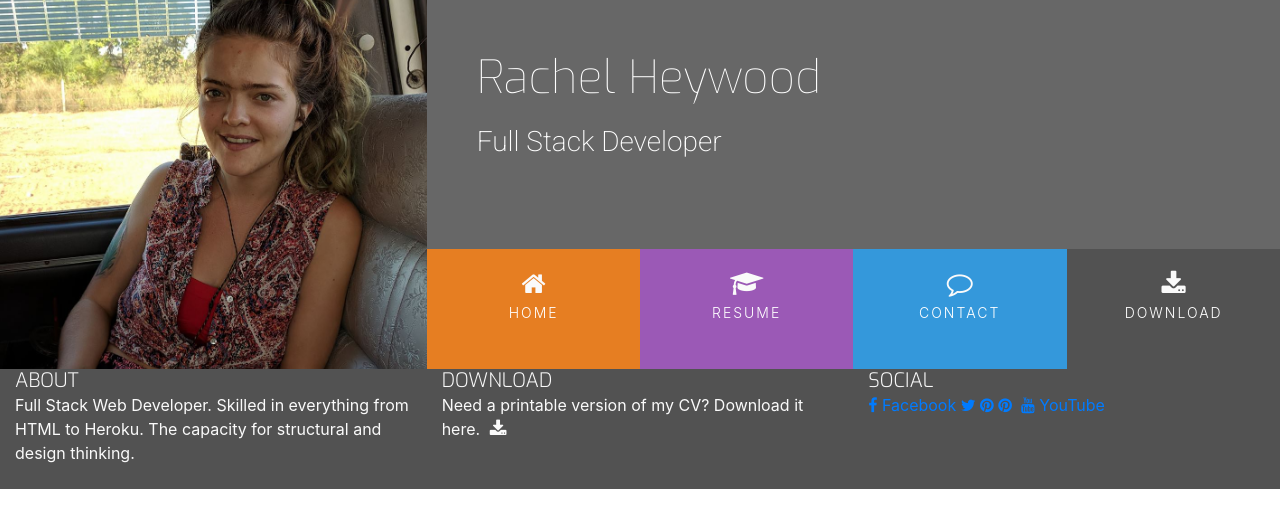
Repository: Heywood93/resume
Page: index.html
The author's editor kept a record of every edit. The page is drawn from the files as they stood at one moment, then again after the next edit.
The browser window is 1280 px wide. The pictures show the whole page.

Above is the page before.

### index.html
<!DOCTYPE html>
<html lang="en">
<head>
    <meta charset="UTF-8">
    <meta name="viewport" content="width=device-width, initial-scale=1.0">
    <meta http-equiv="X-UA-Compatible" content="ie=edge">
    <link rel="stylesheet" href="https://stackpath.bootstrapcdn.com/bootstrap/4.3.1/css/bootstrap.min.css" type="text/css" />
    <link rel="stylesheet" href="https://stackpath.bootstrapcdn.com/font-awesome/4.7.0/css/font-awesome.min.css" type="text/css" />
    <link rel="stylesheet" href="https://cdnjs.cloudflare.com/ajax/libs/hover.css/2.3.1/css/hover-min.css" type="text/css" />
    <link rel="stylesheet" href="assets/css/style.css" type="text/css" />
    <title>Rachel Heywood</title>
</head>
<body>
    <header>
        <div class="row no-gutters">
            <a href="index.html" class="col-md-4 logo">

            </a>
            <div class="col-md-8">
                <div class="row no-gutters bg-color-name-title">
                    <div class="col heading">
                        <h1 class="name">Rachel Heywood</h1>
                        <h2 class="title">Full Stack Developer</h2>
                    </div>
                </div>
                <div class="row no-gutters">
                    <div class="col">
                        <ul id="nav" class="list-inline menucontainer">
                            <li class="col-6 col-sm-3 ui-menu-color-home list-inline-item menuitem">
                                <a href="#" class="hvr-sweep-to-bottom"><i class="fa fa-home" aria-hidden="true"></i><span>Home</span></a>
                            </li>
                            <li class="col-6 col-sm-3 ui-menu-color-resume list-inline-item menuitem">
                                <a href="#" class="hvr-sweep-to-bottom"><i class="fa fa-graduation-cap" aria-hidden="true"></i><span>Resume</span></a>
                            </li>
                            <li class="col-6 col-sm-3 ui-menu-color-contact list-inline-item menuitem">
                                <a href="#" class="hvr-sweep-to-bottom"><i class="fa fa-comment-o" aria-hidden="true"></i><span>Contact</span></a>
                            </li>
                            <li class="col-6 col-sm-3 ui-menu-color-download list-inline-item menuitem">
                                <a href="#" class="hvr-sweep-to-bottom"><i class="fa fa-download" aria-hidden="true"></i><span>Download</span></a>
                            </li>
                        </ul>
                    </div>
                </div>
            </div>
        </div>

    </header>
    <section>

    </section>
    <footer class="container-fluid">
        <div class="row">
            <div class="col-sm-4">
                <h5 class="uppercase general-sub">About</h5>
                <p class="inline-block">
                    Full Stack Web Developer. Skilled in everything from HTML to Heroku.
                    The capacity for structural and design thinking.
                </p>
            </div>
            <div class="col-sm-4">
                <h5 class="uppercase general-sub">Download</h5>
                <p class="inline-block">
                    Need a printable version of my CV? Download it here.
                    <a href="#" target="_blank" class="cv-pdf">
                        <i class="fa fa-download" aria-hidden="true"></i>
                        <span class="sr-only">Download link.</span>
                    </a>
                </p>
            </div>
            <div class="col-sm-4">
                <h5 class="uppercase general-sub">Social</h5>
                <ul class="list-inline social-links">
                    <li class="list-inline-item">
                        <a target="_blank" href="#">
                            <i class="fa fa-facebook" aria-hidden="true"></i>
                            <span class="sr-only"></span><span>Facebook</span>
                        </a>
                    </li>
                    <li class="list-inline-item">
                        <a target="_blank" href="#">
                            <i class="fa fa-twitter" aria-hidden="true"></i>
                            <span class="sr-only">Twitter</span>
                        </a>
                    </li>
                    <li class="list-inline-item">
                        <a target="_blank" href="#">
                            <i class="fa fa-pinterest" aria-hidden="true"></i>
                            <span class="sr-only">LinkedIn</span>
                        </a>
                    </li>
                    <li class="list-inline-item">
                        <a target="_blank" href="#">
                            <i class="fa fa-pinterest" aria-hidden="true"></i>
                            <span class="sr-only">Pinterest</span>
                        </a>
                    </li>
                    <li class="list-inline-item">
                        <a target="_blank" href="#">
                            <i class="fa fa-instergram" aria-hidden="true"></i>
                            <span class="sr-only">Instergram</span>
                        </a>
                    </li>
                    <li class="list-inline-item">
                        <a target="_blank" href="#">
                            <i class="fa fa-youtube" aria-hidden="true"></i>
                            <span class="sr-only"></span><span>YouTube</span>
                        </a>
                    </li>
                </ul>
            </div>
        </div>
    </footer>
</body>
</html>

### assets/css/style.css
@import url('https://fonts.googleapis.com/css?family=Roboto:100,200,300,400,500,600,700|Exo:100,200,300,400,500,600,700');

/*----------Colors */

.bg-color-name-title {
    background-color: #676767;
}

.ui-menu-color-home {
    background-color: #e67e22
}

.ui-menu-color-resume {
    background-color: #9b59b6
}

.ui-menu-color-contact {
    background-color: #3498db
}

.ui-menu-color-download {
    background-color: #525252
}

/*----------Special paddings/margins/text */

h1,
h2,
h3,
h4,
h5 {
    margin: 0;
}

.uppercase {
    text-transform: uppercase;
}

.general-sub {
    font-family: "Exo", sans-serif;
    font-weight: 300;
    color: #fafafa;
}

.inline-block {
    display: inline-block;
}

/*----------Heading */

header {
    margin: 0;
}

.heading {
    margin-left: 50px;
}

.logo {
    background: url(../images/profile-picture.jpg);
    background-position: center;
    background-repeat: no-repeat;
    background-size: cover;
    min-height: 360px;
    transition: all .5s ease-in-out;
    -moz-transition: all .5s ease-in-out;
    -webkit-transition: all .5s ease-in-out;
}

.name {
    font-family: "Exo", sans-serif;
    font-weight: 100;
    font-size: 46px;
    margin-top: 50px;
    color: #fff;
}

.title {
    font-family: "Roboto", sans-serif;
    font-weight: 200;
    font-size: 28px;
    margin-top: 20px;
    margin-bottom: 90px;
    color: #fff;
}

.list-inline-item:not(:last-child) {
    margin: 0;
}

.menucontainer {
    font-size: 0;
}

#nav {
    margin: 0;
}

#nav li {
    font-size: 14px;
    padding: 0;
}

.menuitem {
    height: 120px;
    text-align: center;
    padding: 0;
}

.menuitem a {
    width: 100%;
    text-decoration: none;
    color: #fff;
    height: 120px;
}

.menuitem a i {
    padding-top: 22px;
    display: block;
    color: #fafafa;
    font-size: 26px;
}

.menuitem span {
    display: block;
    width: 100%;
    padding-top: 5px;
    text-align: center;
    text-transform: uppercase;
    font-size: 14px;
    font-weight: 300;
    letter-spacing: 2px;
}

/*----------Hover.css */

.hvr-sweep-to-bottom:before {
    background: rgba(0, 0, 0, 0.2);
    height: 120px;
}

/*----------Footer */

footer {
    background-color: #525252;
    color: #fafafa;
    min-height: 120px;
    margin: 0;
}

.cv-pdf i {
    font-size: 18px;
    color: #fafafa;
    text-align: center;
    padding-left: 5px;
    transition: all 0.35s ease-in-out;
    -moz-transition: all 0.35s ease-in-out;
    -webkit-transition: all 0.35s ease-in-out;
    -o-transition: all 0.35s ease-in-out;
}

.cv.pdf i:hover {
    color: #e84610;
}

.socail-links {
    padding-bottom: 15px;
}

.

After the next edit:
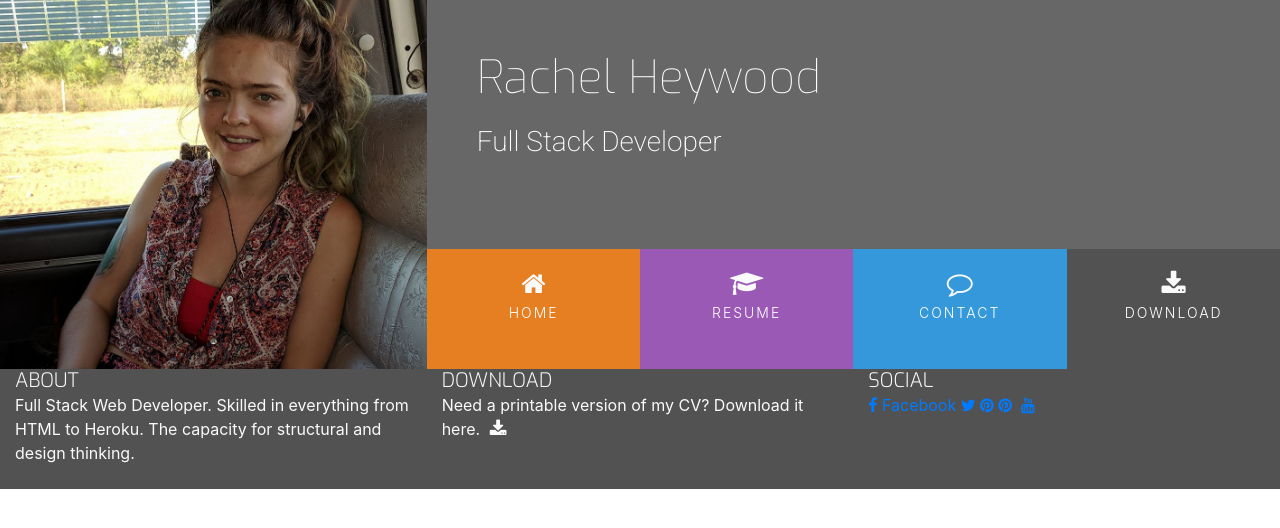
The edit:
--- a/index.html
+++ b/index.html
@@ -103,7 +103,7 @@
                     <li class="list-inline-item">
                         <a target="_blank" href="#">
                             <i class="fa fa-youtube" aria-hidden="true"></i>
-                            <span class="sr-only"></span><span>YouTube</span>
+                            <span class="sr-only">YouTube</span>
                         </a>
                     </li>
                 </ul>
